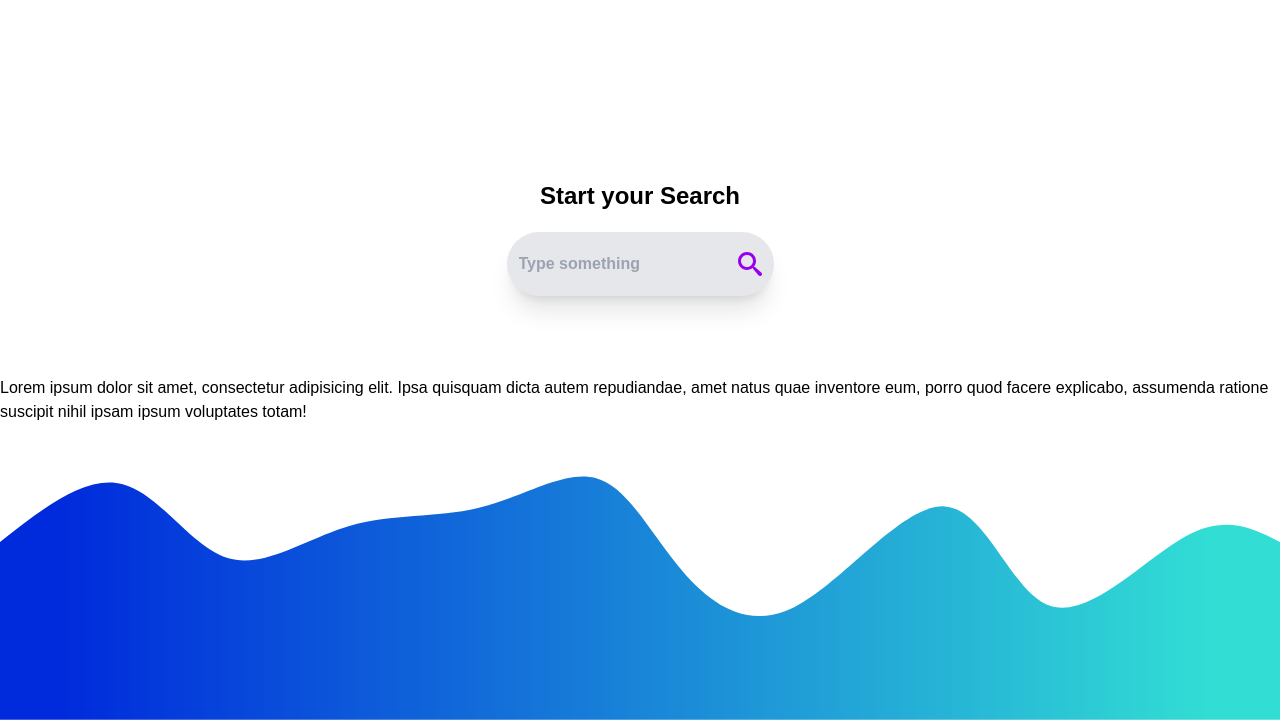
Repository: evergreenx/dictionary-octo
Page: /
An editor plug-in stored every save of this project. The page is shown before and after the next save, followed by the edit.
The browser window is 1280 px wide. The pictures show the whole page.
The project was rebuilt for these pictures with package versions that can differ from the ones it lists, and the page was loaded fresh each time. The framework's server and built-in components were replaced by stand-ins that run in the browser. Also part of the build but not shown: next.config.js.

Above is the page before, as saved 2022-04-30 15:10:17.

### pages/index.js
import Head from "next/head";
import Image from "next/image";
import bgimage from "../public/bg.svg";

import { ImSearch } from "react-icons/im";
import RandomWord from "../components/RandomWord";

export default function Home() {
  return (
    <div>
      <Head>
        <title>Create Next App</title>
        <meta name="description" content="Generated by create next app" />
        <link rel="icon" href="/favicon.ico" />
      </Head>

      <main className=" flex flex-col justify-center items-center py-20">
        <section className="input--container py-20">
          <h1 className="text-2xl font-bold text-center py-5">
            Start your Search
          </h1>

          <div className="flex items-center bg-gray-200 shadow-xl rounded-full py-3 px-3">
            <input
              className="input--text bg-gray-200 font-bold outline-none py-2"
              type="text"
              placeholder="Type something"
            />

            <ImSearch className="text-[#9900efff] text-2xl" />
          </div>
        </section>

        <section>
          <RandomWord />
        </section>
      </main>
    </div>
  );
}

### styles/globals.css
@tailwind base;
@tailwind components;
@tailwind utilities;

@import url("https://fonts.googleapis.com/css2?family=Quicksand&display=swap");

* {
  box-sizing: border-box;
  margin: 0;
  padding: 0;
}

body {
  background-image: url("../public/bg.svg");
  background-repeat: no-repeat;
  background-size: contain;
  background-position: bottom;

  height: 100vh;
  font-family: "Quicksand", sans-serif;
}

a {
  color: inherit;
  text-decoration: none;
}

### components/RandomWord.js
import React from "react";

const RandomWord = () => {
  return (
    <div>
      Lorem ipsum dolor sit amet, consectetur adipisicing elit. Ipsa quisquam
      dicta autem repudiandae, amet natus quae inventore eum, porro quod facere
      explicabo, assumenda ratione suscipit nihil ipsam ipsum voluptates totam!
    </div>
  );
};

export default RandomWord;

Loaded but not shown: pages/_app.js (common file); tailwind.config.js (common file)

After the next save:
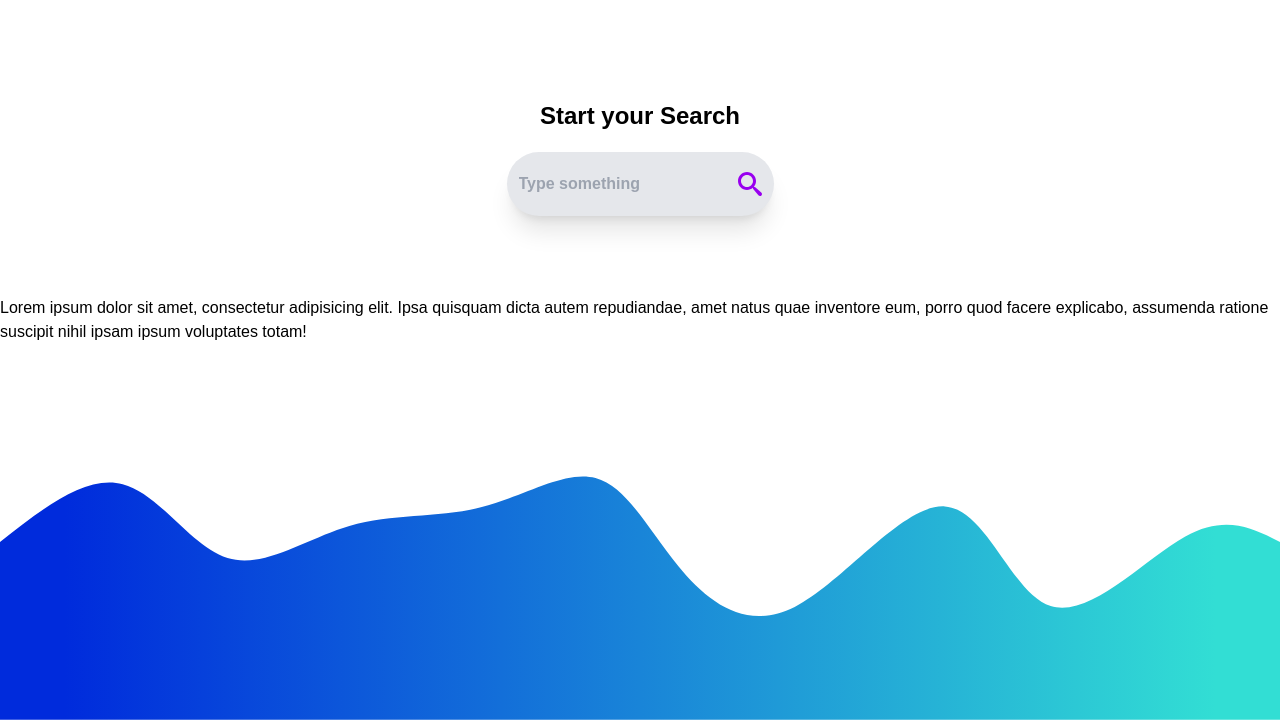
Saved 5 s later.
--- a/pages/index.js
+++ b/pages/index.js
@@ -15,7 +15,7 @@ export default function Home() {
       </Head>
 
       <main className=" flex flex-col justify-center items-center py-20">
-        <section className="input--container py-20">
+        <section className="input--container pb-20">
           <h1 className="text-2xl font-bold text-center py-5">
             Start your Search
           </h1>
